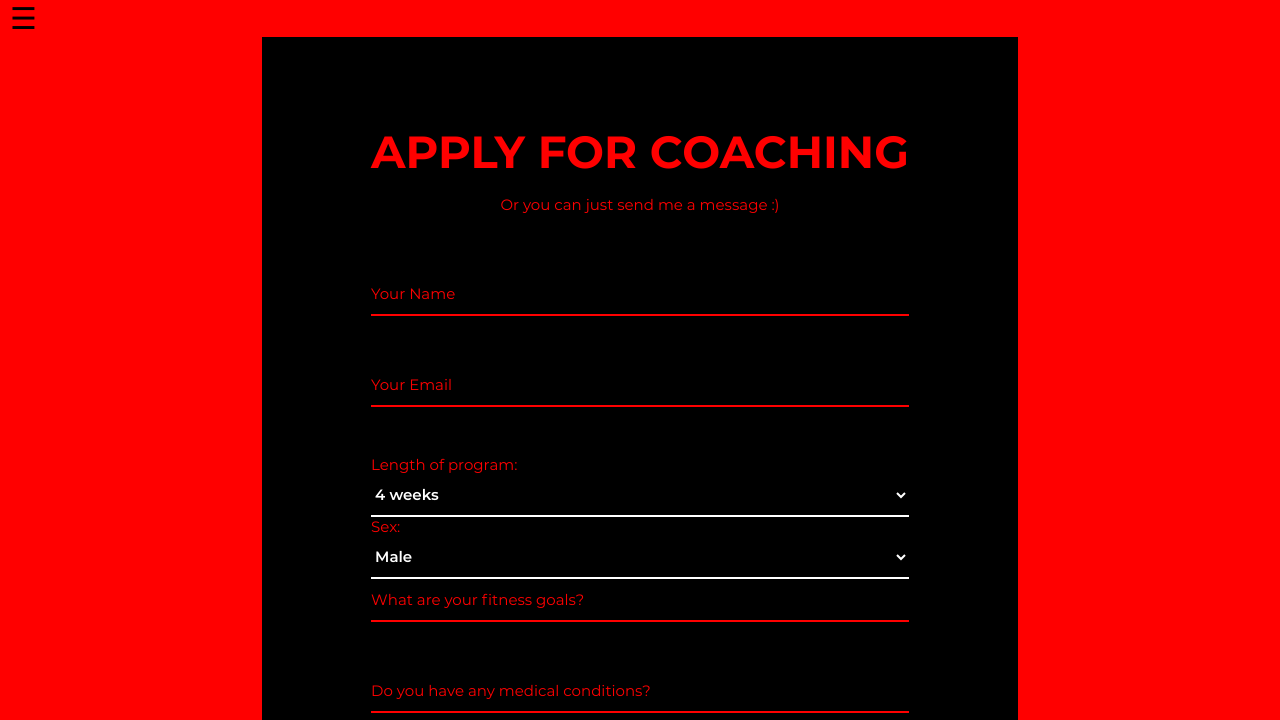
Repository: mamadont/MamadouFitnessWebsite
Page: pages-html/contact-me.html
An editor plug-in stored every save of this project. The page is shown before and after the next save, followed by the edit.
The browser window is 1280 px wide. The pictures show the whole page.
An inner scrolling area shows only its first screen. Some web libraries are served in a nearby version.

Above is the page before, as saved 2020-07-08 01:23:17.

After the next save:
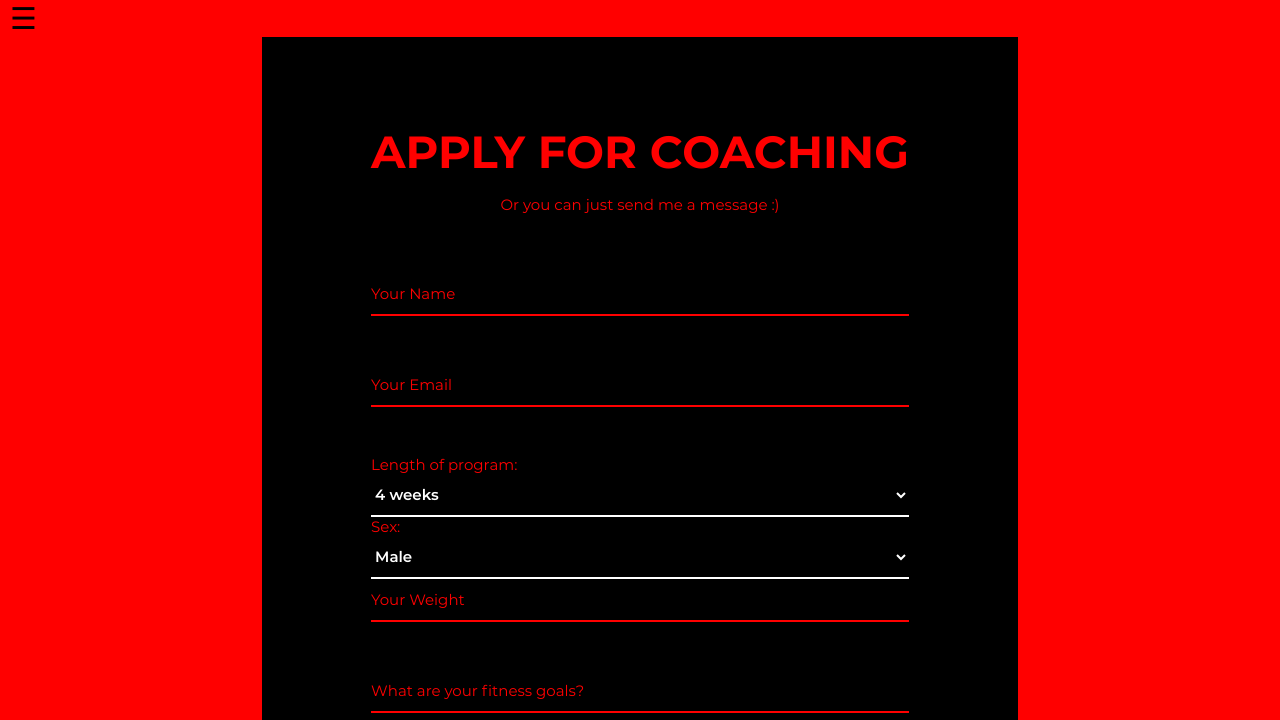
Saved 5 min 13 s later.
--- a/pages-html/contact-me.html
+++ b/pages-html/contact-me.html
@@ -57,6 +57,11 @@
                     <span class="border"></span>
                     </label>
                     <label class="form-group">
+						<input type="number" class="form-control"  required>
+						<span>Your Weight</span>
+						<span class="border"></span>
+					</label>
+                    <label class="form-group">
 						<textarea name="" id="" class="form-control" required></textarea>
 						<span for="">What are your fitness goals?</span>
 						<span class="border"></span>
